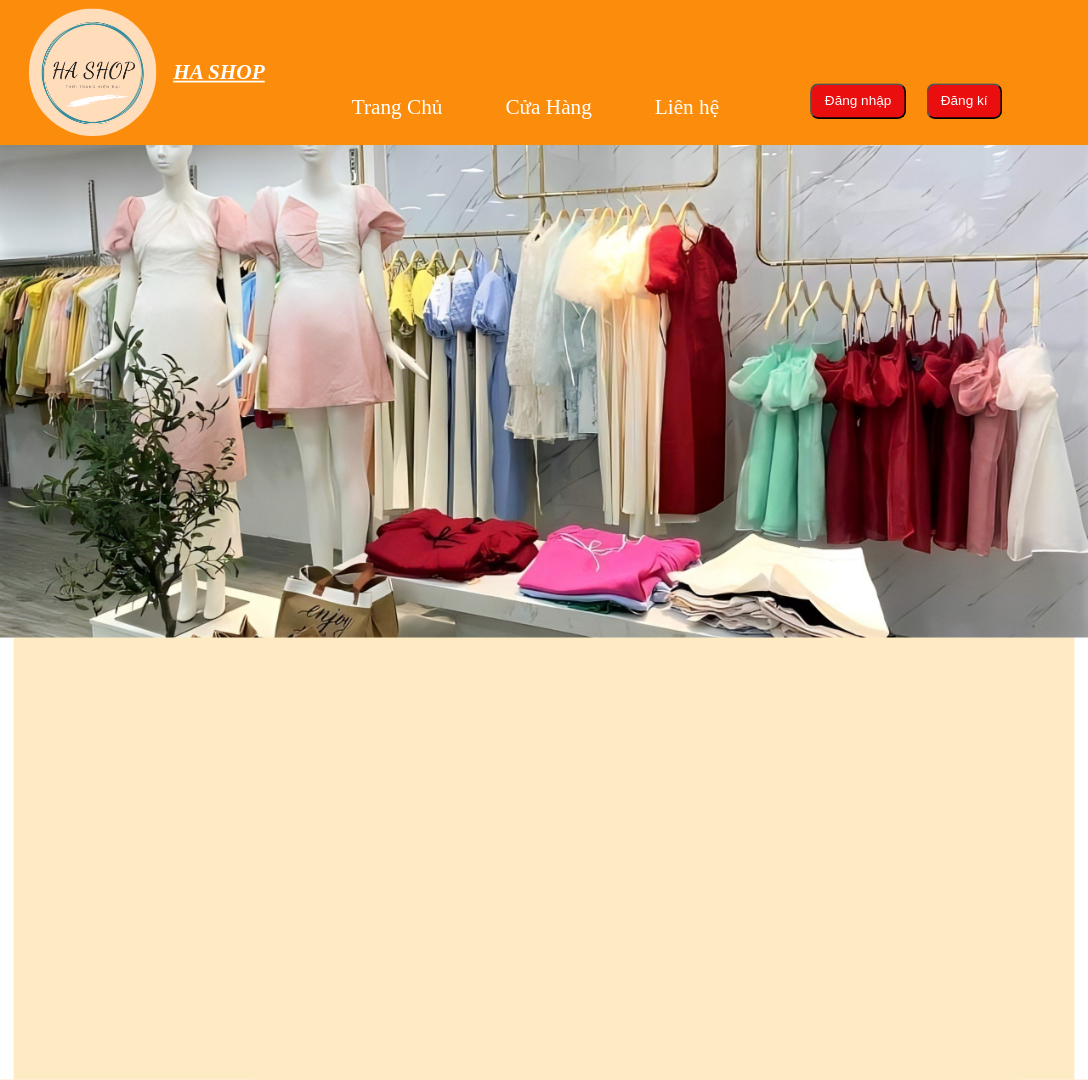
Repository: manhhieu120499/demo_page
Page: trangchu.html
An editor plug-in stored every save of this project. The page is shown before and after a run of saves, followed by the edit.
The browser window is 1280 px wide. The pictures show the whole page, at 85% of full size.

Above is the page before, as saved 2023-03-04 10:30:09.

After the next 5 saves:
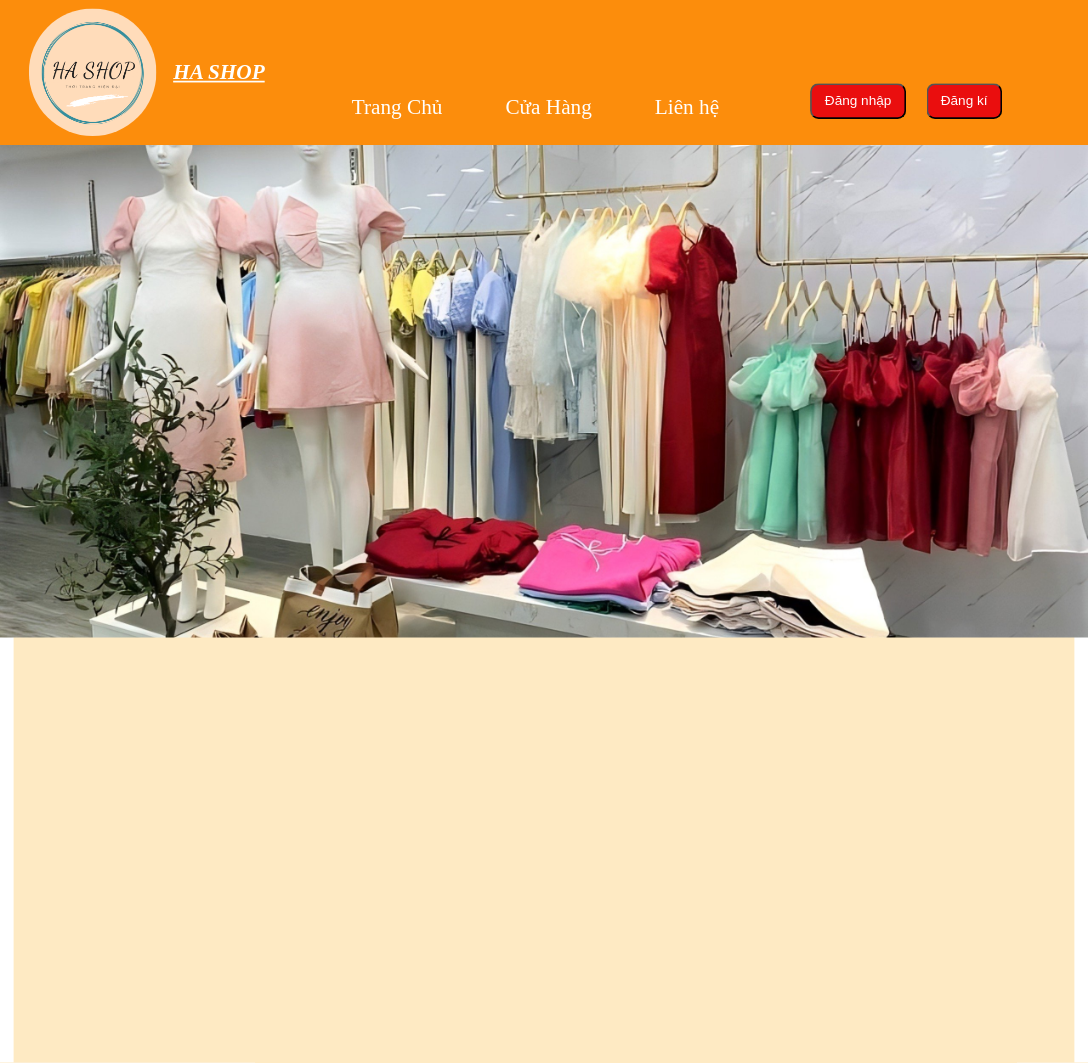
The 5 saves are shown as one change because they came seconds apart.
The last was saved 19 s later.
--- a/style_trangchu.css
+++ b/style_trangchu.css
@@ -72,11 +72,11 @@
     object-fit: cover;
     height: 600px;
     display: block;
+    margin-bottom: 20px;
 }
 
 /*album bo suu tap*/
 .album {
-    margin-top: 20px;
     width: calc(100% - 32px);
     margin-left: 16px;
     height: 700px;
